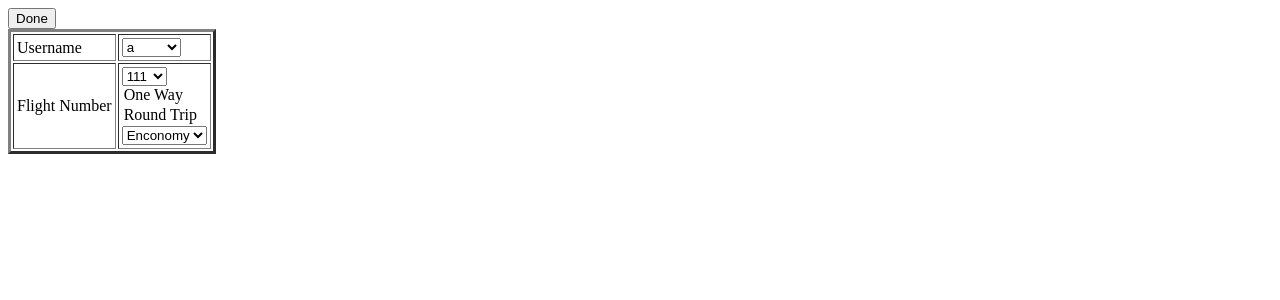
Repository: Pheazon/data_management
Page: http://localhost/cs336Final/customerFlightChanges.jsp
These files come from the project's save history. The page is drawn as it stood at one moment and after a run of saves; the edit follows.
The browser window is 1280 px wide. The pictures show the whole page.
The page is served by Tomcat 9. The database holds what the project's SQL file puts in it.

Above is the page before, as saved 2019-12-11 03:03:21.

After the next 2 saves:
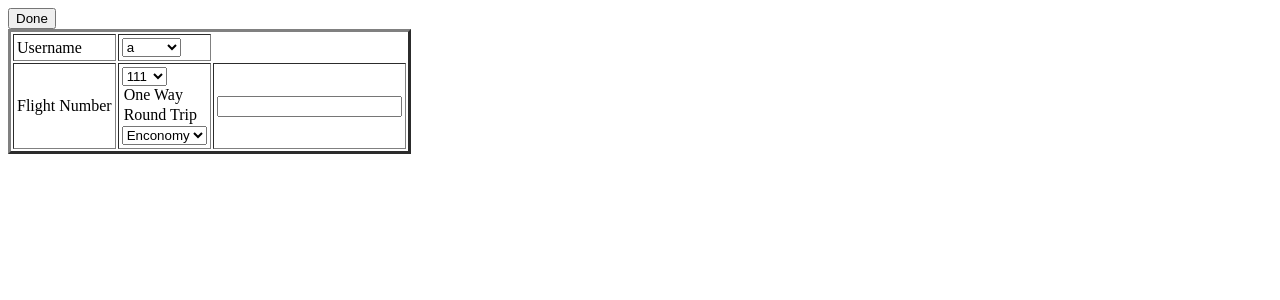
The 2 saves are shown as one change because 1 did not build or start.
The last was saved 38 min 22 s later.
--- a/cs336Final/WebContent/customerFlightChanges.jsp
+++ b/cs336Final/WebContent/customerFlightChanges.jsp
@@ -63,6 +63,8 @@
 			<option value = "business"> Business </option>
 			</select>
 
+			<td><input type = "text" name = "SpecialMeal"></td>
+
 
 			<%
 	}
